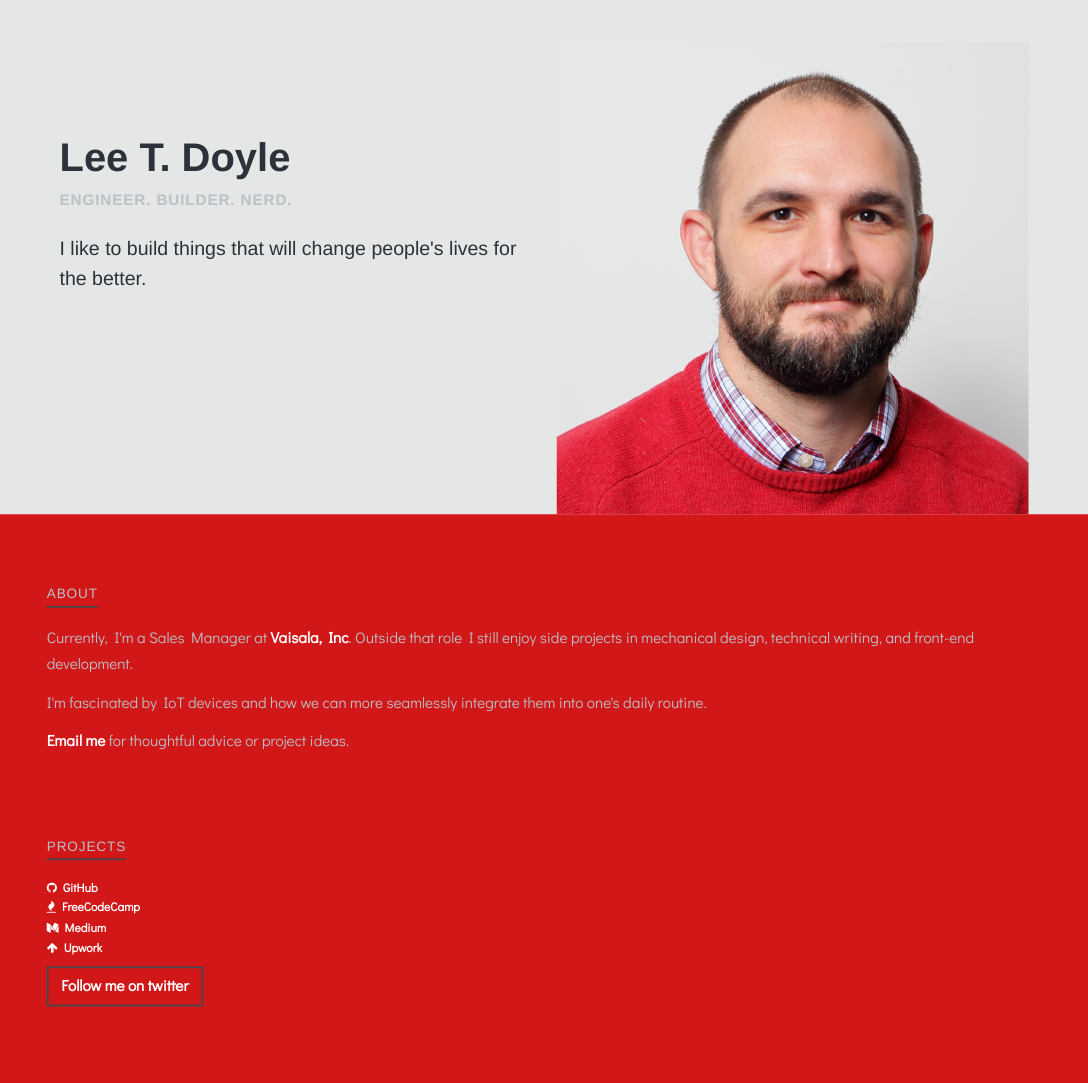
Repository: ldoyle0/ldoyle0.github.io
Page: index.html
The author's editor kept a record of every edit. The page is drawn from the files as they stood at one moment, then again after the next edit.
The browser window is 1280 px wide. The pictures show the whole page, at 85% of full size.
Some web libraries are served in a nearby version.

Above is the page before.

After the next edit:
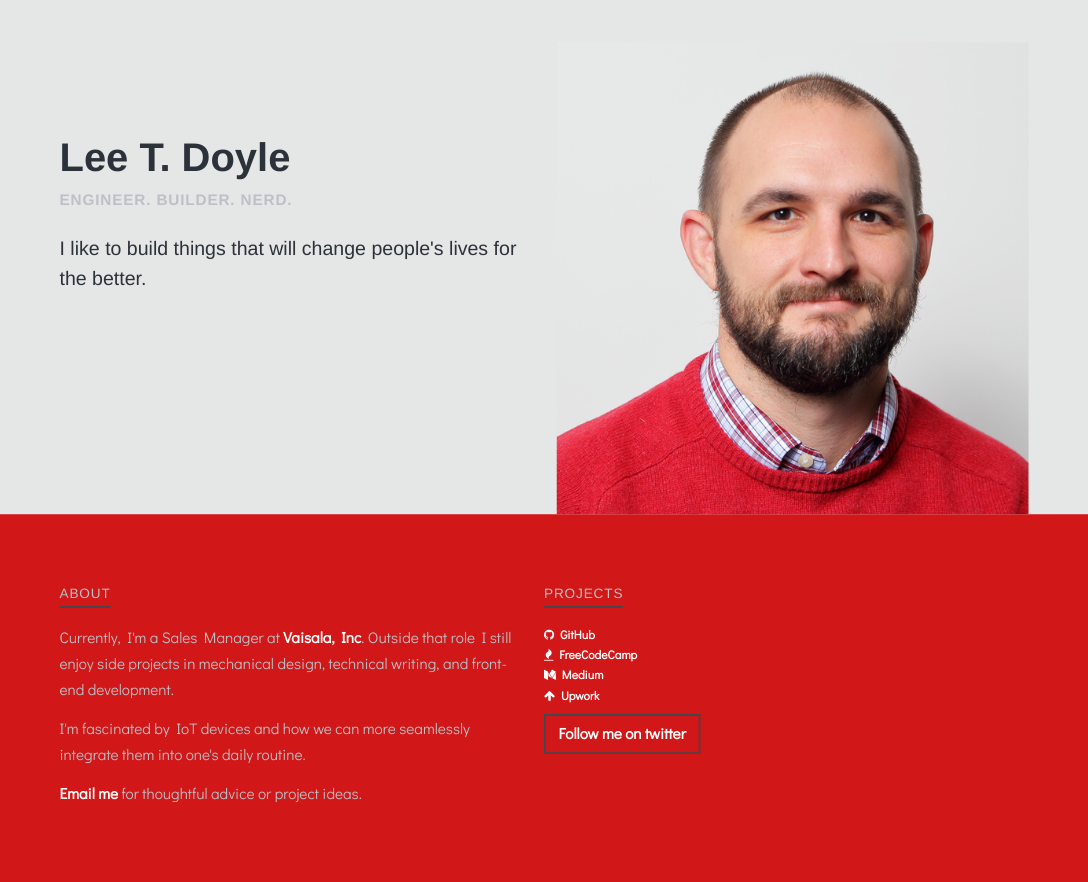
The edit:
--- a/index.html
+++ b/index.html
@@ -42,7 +42,7 @@
 <footer>
     <div class="container">
         <div class="row">
-            <div class="span6">
+            <div class="col-sm-6 col-md-6">
                 <h4>About</h4>
                 <p>
                     Currently, I'm a Sales Manager at <a href="http://www.vaisala.com/en/Pages/default.aspx">Vaisala, Inc</a>.
